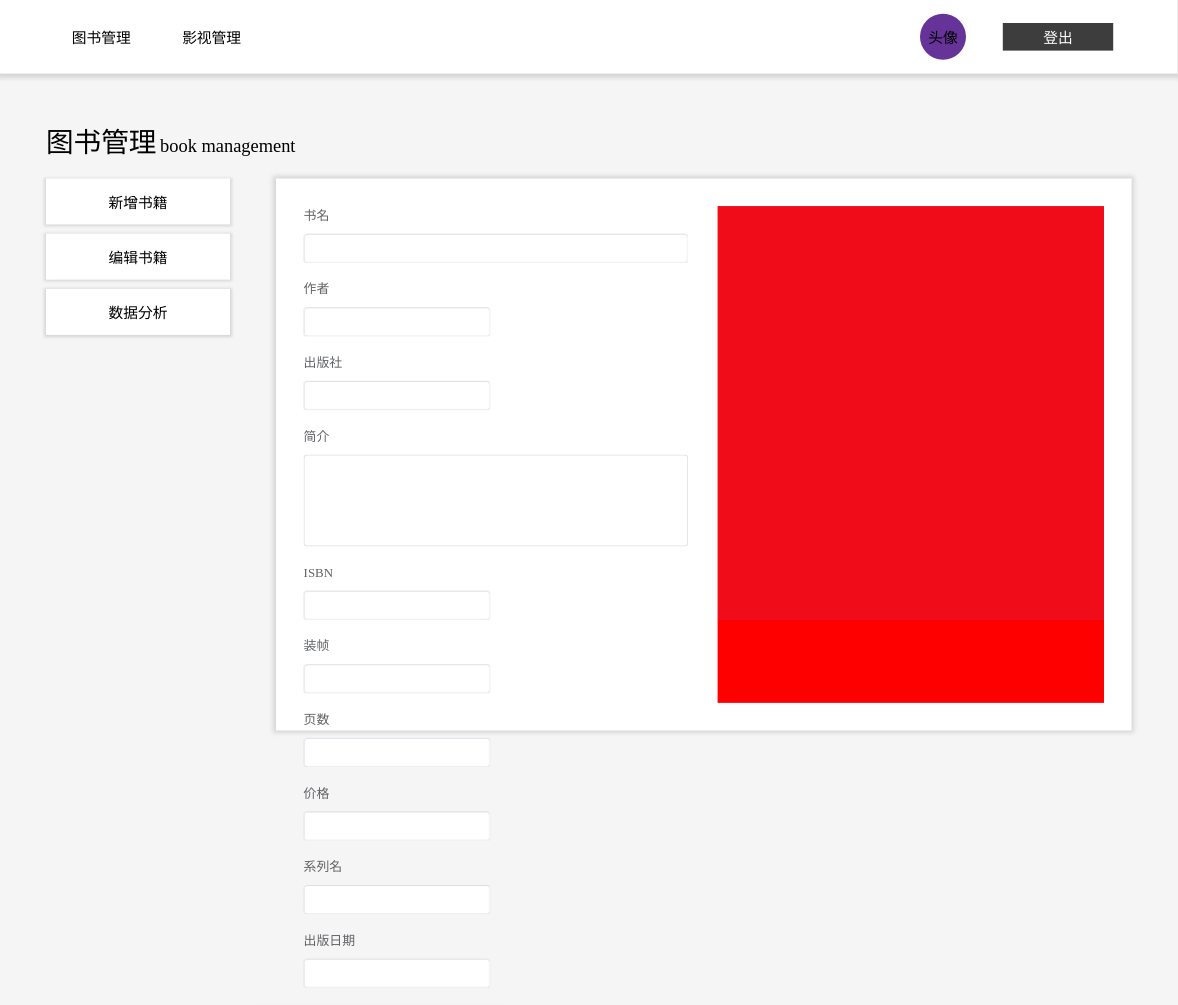
Repository: quanwangniuniu/Oasis-Reading-Platform
Page: /#/admin/books (app in Vue-frontend/)
These files come from the project's save history. The page is drawn as it stood at one moment and after the next save; the edit follows.
The browser window is 1280 px wide. The pictures show the whole page, at 92% of full size.
Some web fonts or font styles are not loaded; a fallback is used. The project was rebuilt for these pictures with package versions that can differ from the ones it lists, and the page was loaded fresh each time. Also part of the build but not shown: Vue-frontend/vite.config.js, Vue-frontend/src/components/Test.vue, Vue-frontend/src/components/user/books/BookCard.vue, Vue-frontend/src/components/axios/config.js, Vue-frontend/src/components/axios/api.js, Vue-frontend/src/components/user/books/Books.vue, Vue-frontend/src/components/user/movies/Favourites.vue, Vue-frontend/src/components/user/explore/Explore.vue and 10 more.

Above is the page before, as saved 2023-04-13 16:49:08.

After the next save:
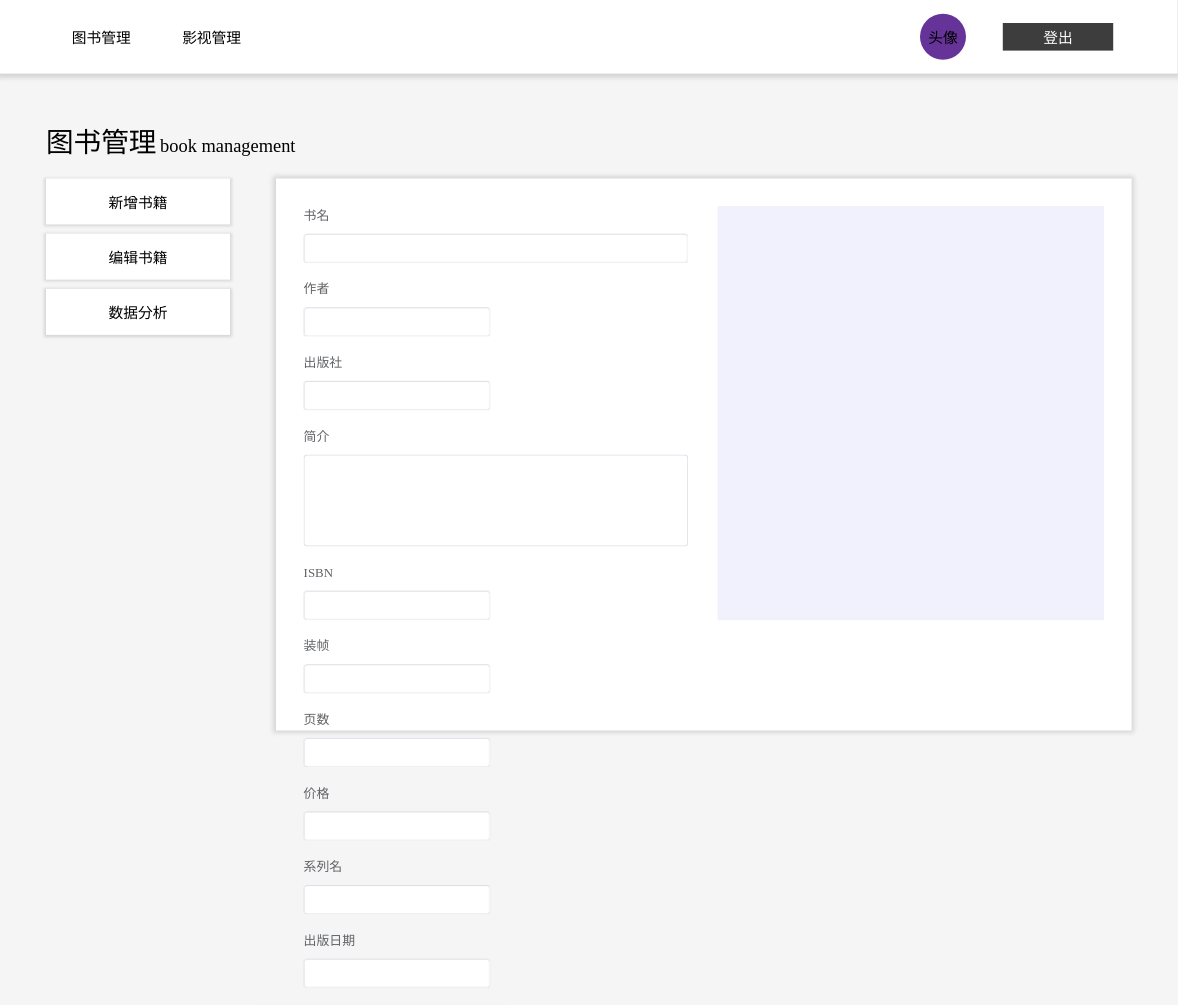
Saved 9 s later.
--- a/Vue-frontend/src/components/admin/bookManagement/BookManagement.vue
+++ b/Vue-frontend/src/components/admin/bookManagement/BookManagement.vue
@@ -121,7 +121,6 @@ const bookItem = ref({
 
 .book-upload{
   flex: 1;
-  background-color: red;
 }
 
 .img-container{
